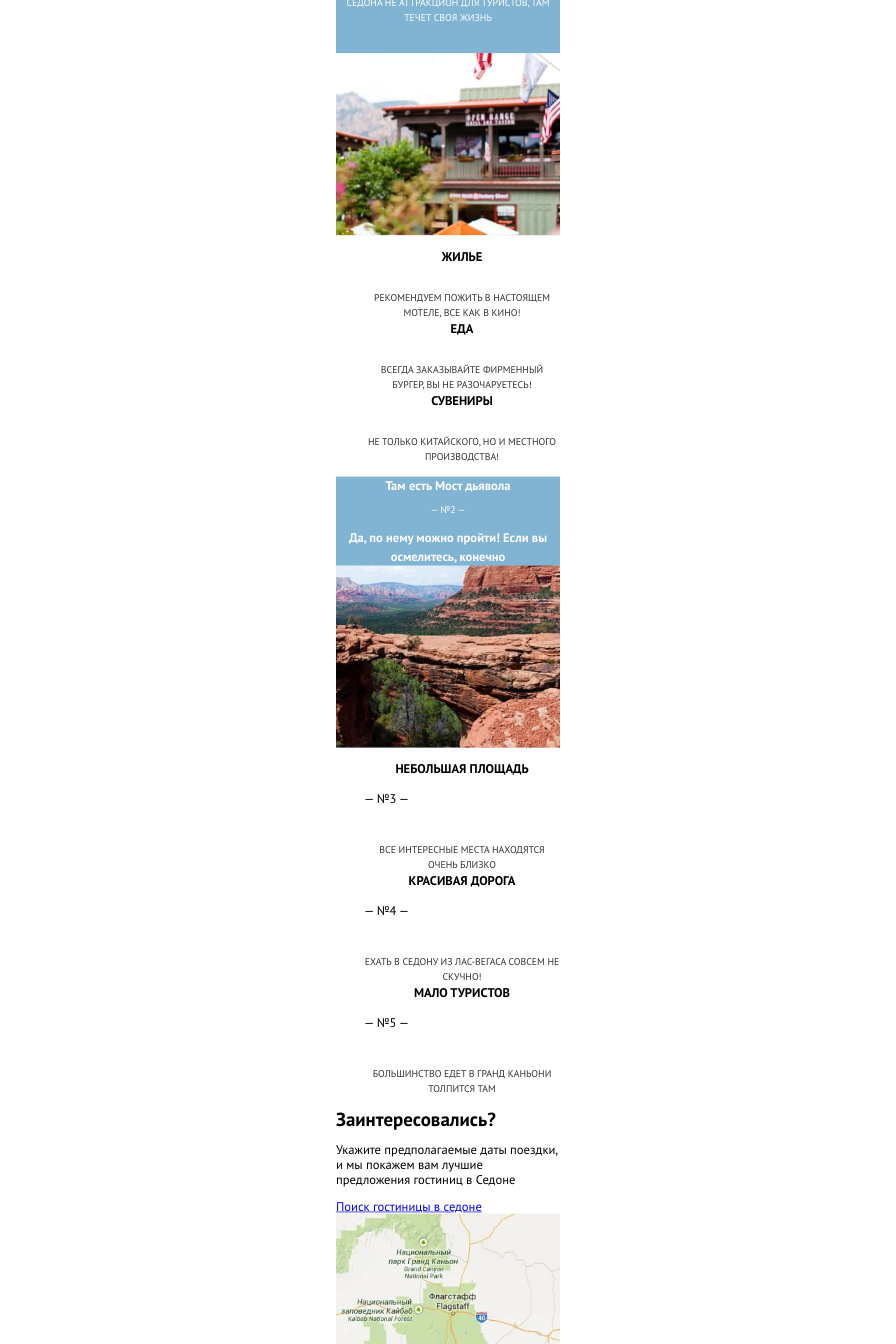
Repository: iKrekus/2149661-sedona-27
Page: source/index.html
The author's editor kept a copy of each file at every save. The page is drawn from the files as they stood at one save, then again after the next save.
The browser window is 1280 px wide. The pictures show the part of the page from y = 767 to 2687 px (the page is 2972 px tall), at 70% of full size.
The style sheet was rebuilt from its Sass, Less or Tailwind sources for each picture, by a compiler version that may differ from the author's.

Above is the page before, as saved 2022-12-05 11:22:56.

After the next save:
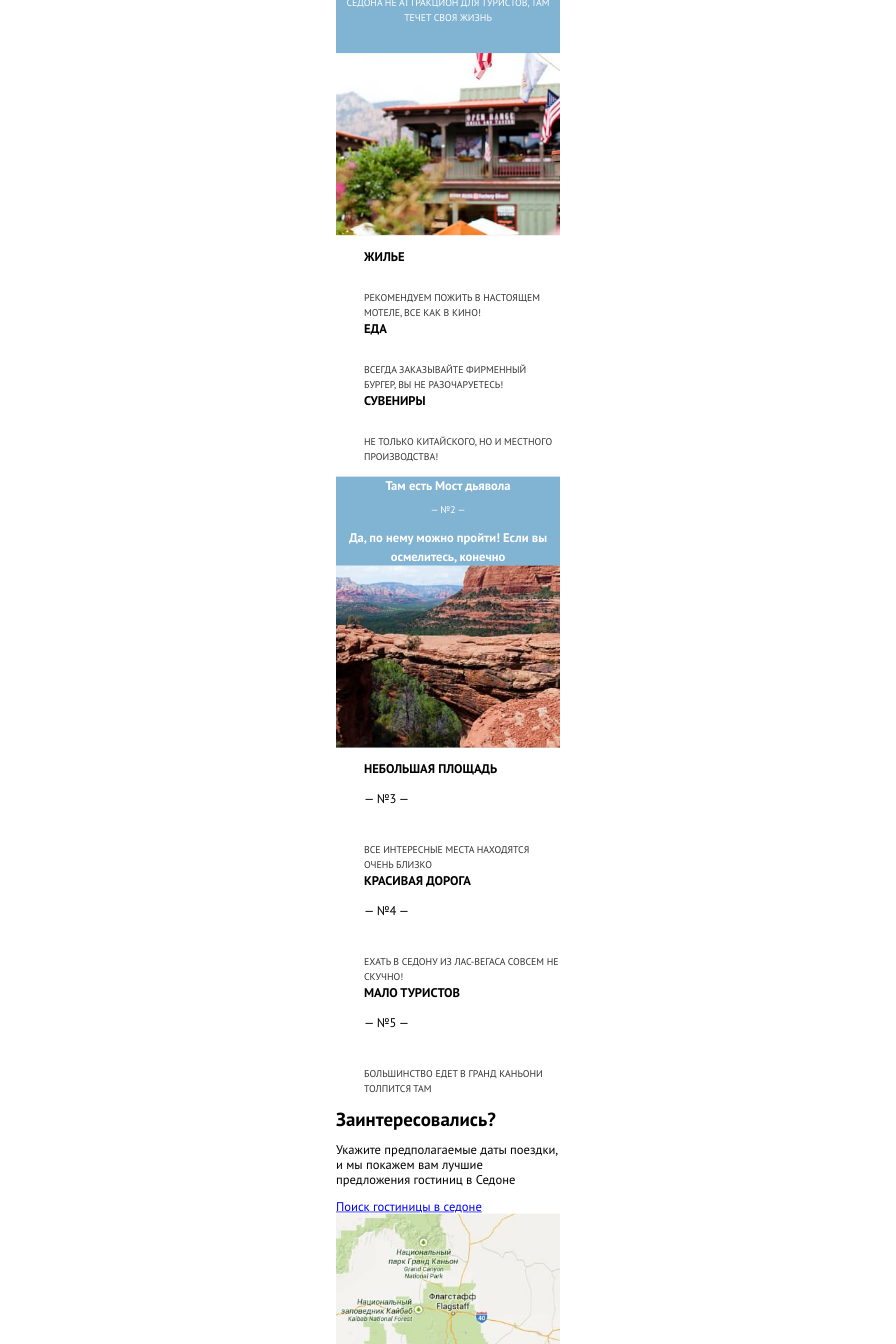
Saved 24 s later.
--- a/source/sass/blocks/body/advantages.scss
+++ b/source/sass/blocks/body/advantages.scss
@@ -33,7 +33,7 @@
 
 .advantages__title {
   text-transform: uppercase;
-  text-align: center;
+
 
   @include mixin.font-title-mob;
   color: var.$primary-text-color;
@@ -43,7 +43,7 @@
 .advantages__description {
   padding-top: 35px;
   text-transform: uppercase;
-  text-align: center;
+
 
   @include mixin.font-description-mob;
   color: var.$secondary-text-color;
